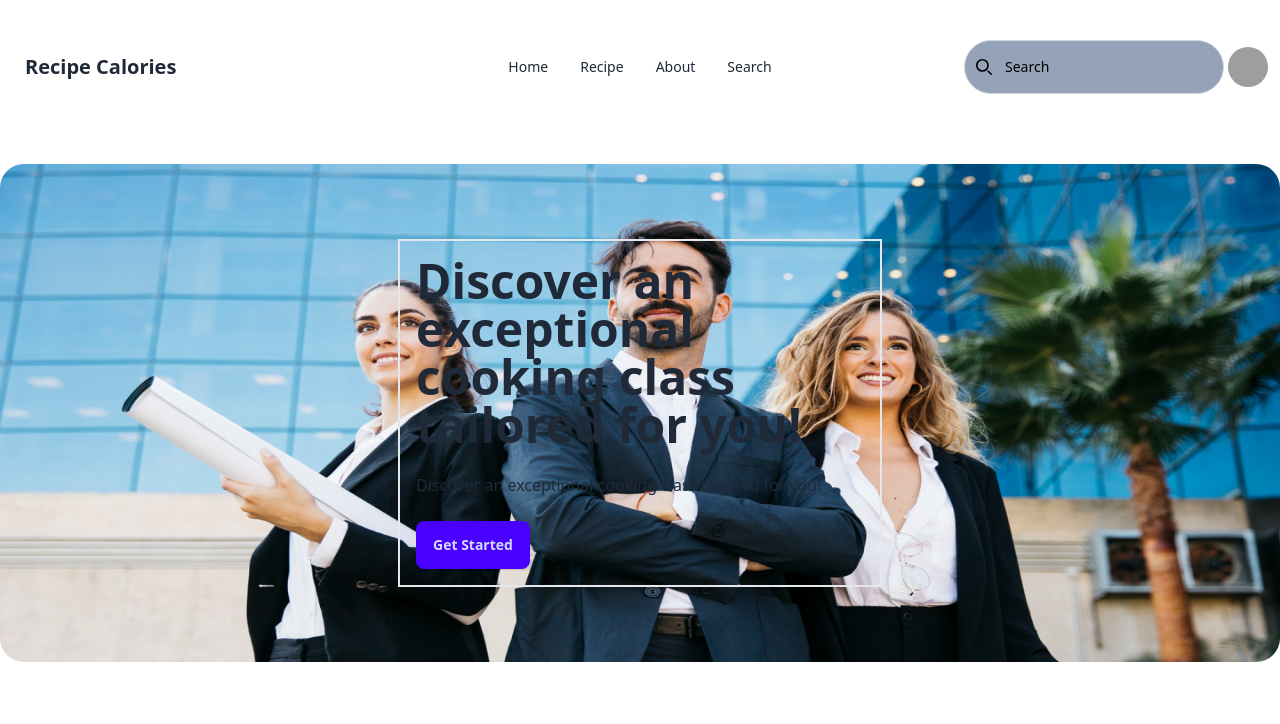
Repository: RudrasahaDibos/Chefs-table
Page: /
The author's editor kept a copy of each file at every save. The page is drawn from the files as they stood at one save, then again after the next save.
The browser window is 1280 px wide. The pictures show the whole page.
Pictures or frames that could not be fetched are drawn as grey boxes. The project was rebuilt for these pictures with package versions that can differ from the ones it lists, and the page was loaded fresh each time. Also part of the build but not shown: vite.config.js, src/App.css.

Above is the page before, as saved 2024-12-19 09:48:55.

### src/App.jsx

import './App.css'
import Banner from './Component/Banner/Banner'
import Header from './Component/Header/Header'
import Recipes from './Component/Recipes/Recipes'

function App() {


  return (
    <div className='container mx-auto'>
        <Header></Header>
        <Banner></Banner>
        <Recipes></Recipes>

    </div>
  )
}

export default App

### src/Component/Banner/Banner.jsx
import img from '../Banner/Image/Rectangle 12.png'

const Banner = () => {
    return (
        <div className='max-w-7xl mx-auto '>
            <div className="hero ">
     <img src={img} alt="" className='h-4/5 w-full rounded-3xl' />
  <div className="hero-content border-2 ">
    <div className="max-w-md">
      <h1 className="text-5xl font-bold">Discover an exceptional cooking class tailored for you!</h1>
      <p className="py-6">
      Discover an exceptional cooking class tailored for you!
      </p>
      <button className="btn btn-primary">Get Started</button>
    </div>
  </div>
</div>
        </div>
    );
};

export default Banner;

### src/Component/Header/Header.jsx

const Header = () => {
    return (
        <div className="max-w-7xl mx-auto mt-8">
              <div className="navbar bg-base-100">
  <div className="navbar-start">
    <div className="dropdown">
      <div tabIndex="0" role="button" className="btn btn-ghost lg:hidden">
        <svg
          xmlns="http://www.w3.org/2000/svg"
          className="h-5 w-5"
          fill="none"
          viewBox="0 0 24 24"
          stroke="currentColor">
          <path
            strokeLinecap="round"
            strokeLinejoin="round"
            strokeWidth="2"
            d="M4 6h16M4 12h8m-8 6h16" />
        </svg>
      </div>
      <ul
        tabIndex="0"
        className="menu menu-sm dropdown-content bg-base-100 rounded-box z-[1] mt-3 w-52 p-2 shadow">
        <li><a>Home</a></li>
      <li><a>Recipe</a></li>
      <li><a>About</a></li>
      <li><a>Search</a></li>
      </ul>
    </div>
    <a className="btn btn-ghost text-xl font-bold">Recipe Calories</a>
  </div>
  <div className="navbar-center hidden lg:flex">
    <ul className="menu menu-horizontal px-1">
      <li><a>Home</a></li>
      <li><a>Recipe</a></li>
      <li><a>About</a></li>
      <li><a>Search</a></li>
    </ul>
  </div>
  <div className="navbar-end ">
  <div className="form-control ">


<form className="max-w-md mx-auto">
    <div className="relative">
        <div className="absolute inset-y-0 start-0 flex items-center ps-3 pointer-events-none">
            <svg className="w-4 h-4 text-black dark:text-gray-400" aria-hidden="true" xmlns="http://www.w3.org/2000/svg" fill="none" viewBox="0 0 20 20">
                <path stroke="currentColor" strokeLinecap="round" strokeLinejoin="round" strokeWidth="2" d="m19 19-4-4m0-7A7 7 0 1 1 1 8a7 7 0 0 1 14 0Z"/>
            </svg>
        </div>
        <input type="search" id="default-search" className="block w-full p-4 ps-10 text-sm text-black border border-gray-300  bg-slate-400 focus:ring-blue-500 rounded-full focus:border-blue-500 dark:bg-gray-700 dark:border-gray-600 placeholder-black dark:text-white dark:focus:ring-blue-500 dark:focus:border-blue-500" placeholder="Search " required />

    </div>
</form>


    </div>
    <div tabIndex="0" role="button" className="btn btn-ghost btn-circle avatar">
        <div className="w-10 rounded-full">
          <img
            alt="Tailwind CSS Navbar component"
            src="https://img.daisyui.com/images/stock/photo-1534528741775-53994a69daeb.webp" />
        </div>
      </div>
  </div>
</div>
        </div>
    );
};

export default Header;

### src/Component/Recipes/Recipes.jsx
import React from 'react';

const Recipes = () => {
    return (
        <div>

        </div>
    );
};

export default Recipes;

Loaded but not shown: index.html (common file); src/main.jsx (common file); src/index.css (common file); tailwind.config.js (common file)

After the next save:
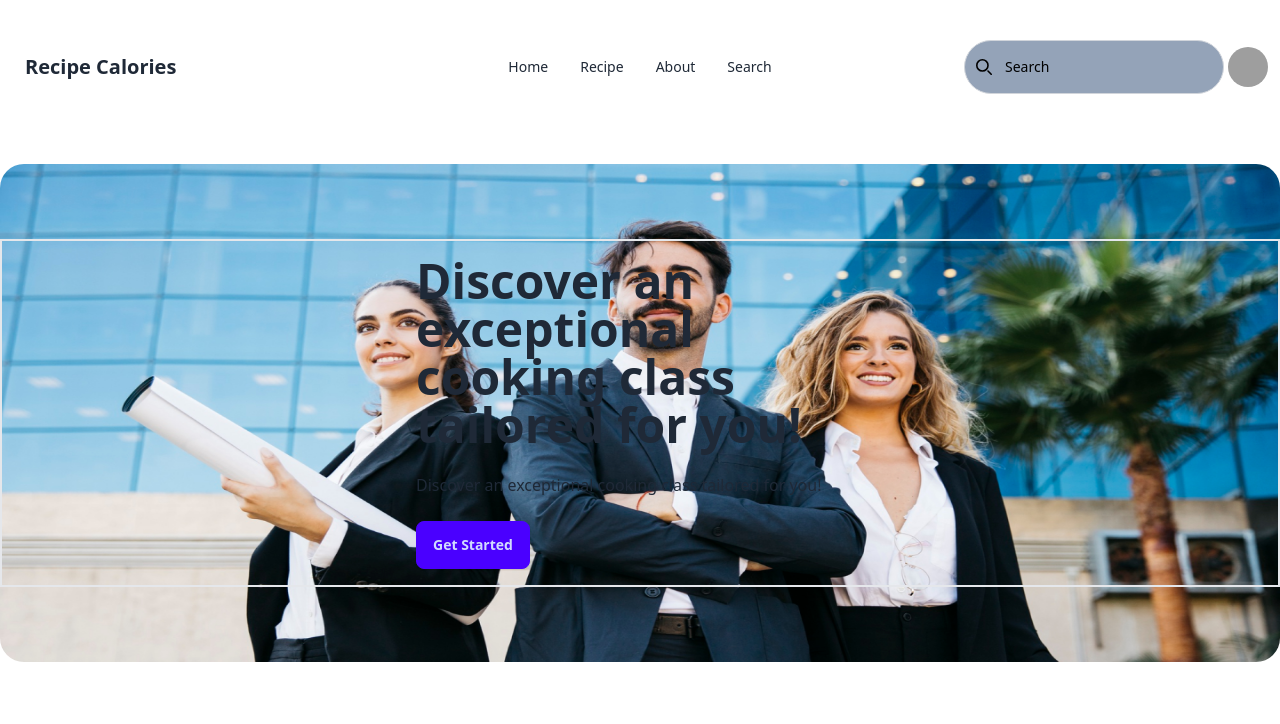
Saved 7 s later.
--- a/src/Component/Banner/Banner.jsx
+++ b/src/Component/Banner/Banner.jsx
@@ -5,7 +5,7 @@ const Banner = () => {
         <div className='max-w-7xl mx-auto '>
             <div className="hero ">
      <img src={img} alt="" className='h-4/5 w-full rounded-3xl' />
-  <div className="hero-content border-2 ">
+  <div className="hero-content border-2 w-full ">
     <div className="max-w-md">
       <h1 className="text-5xl font-bold">Discover an exceptional cooking class tailored for you!</h1>
       <p className="py-6">
